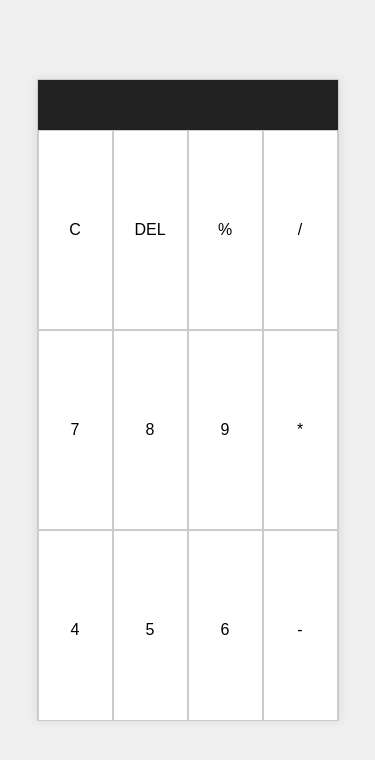
Repository: JuliusMonday/myCalculator
Page: index.html
These files come from the project's save history. The page is drawn as it stood at one moment and after a run of saves; the edit follows.
The browser window is 375 px wide. The pictures show the whole page.

Above is the page before, as saved 2024-05-31 08:17:01.

After the next 3 saves:
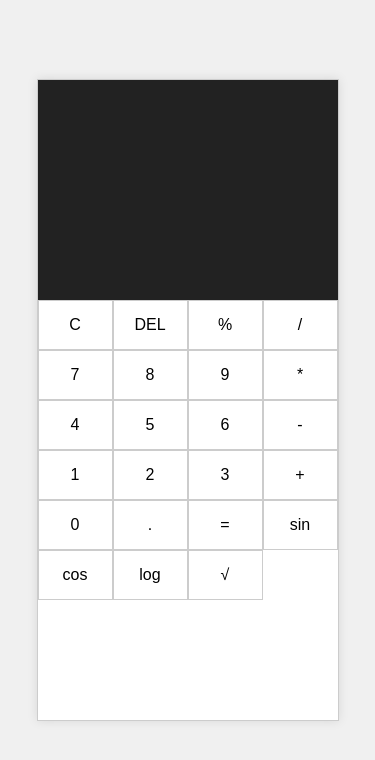
The 3 saves are shown as one change because they came seconds apart.
The last was saved 23 s later.
--- a/styles.css
+++ b/styles.css
@@ -68,11 +68,12 @@ button:active {
     .display {
         padding: 10px;
         font-size: 20px;
+        height: 200px;
     }
     button {
         padding: 15px;
         font-size: 16px;
-        height: 200px;
+
     }
 
 }
